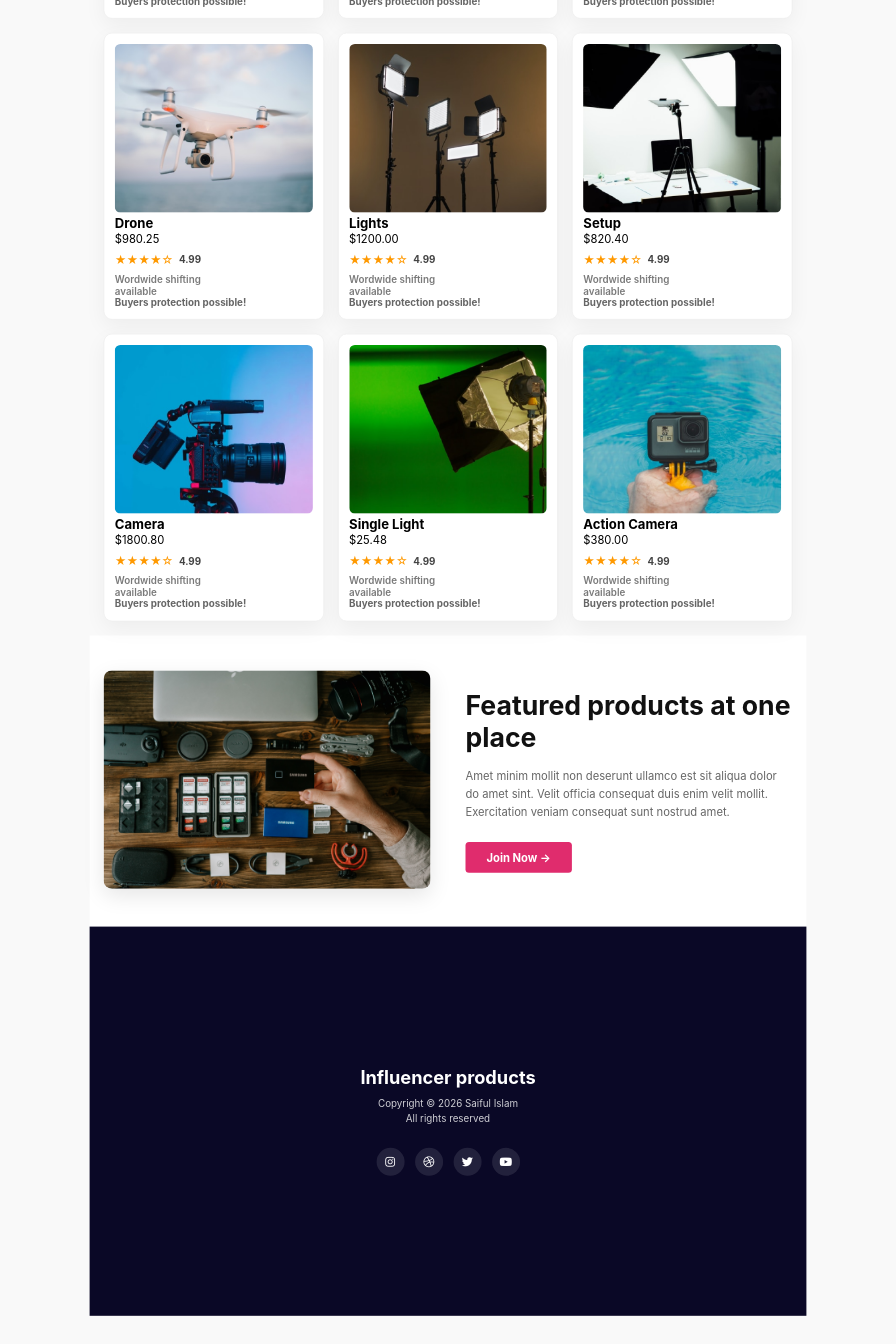
Repository: Saiful21Islam/Influencer-products
Page: it.html
The author's editor kept a copy of each file at every save. The page is drawn from the files as they stood at one save, then again after a run of saves.
The browser window is 1280 px wide. The pictures show the part of the page from y = 1404 to 3324 px (the page is 3324 px tall before and 2924 px after), at 70% of full size.

Above is the page before, as saved 2026-03-11 11:52:18.

### it.html
<!DOCTYPE html>
<html lang="en">

<head>
    <meta charset="UTF-8">
    <meta name="viewport" content="width=device-width, initial-scale=1.0">
    <title>Influencer Products</title>
    <link rel="stylesheet" href="style.css">
    <link rel="stylesheet" href="https://cdnjs.cloudflare.com/ajax/libs/font-awesome/6.0.0/css/all.min.css">
</head>
<style>
    * {
        margin: 0;
        padding: 0;
        box-sizing: border-box;
        font-family: 'Inter', sans-serif;
    }

    body {
        background-color: #f9f9f9;
        padding: 40px 10%;
    }

    .product-grid {
        display: grid;
        grid-template-columns: repeat(3, 1fr);
        gap: 30px;
    }

    .product-card {
        background: #fff;
        padding: 15px;
        border-radius: 12px;
        text-align: left;
        box-shadow: 0 10px 30px rgba(0, 0, 0, 0.05);
        transition: 0.3s;
    }

    .product-card:hover {
        transform: translateY(-5px);
    }

    .thumbnail {
        width: 100%;
        height: auto;
        border-radius: 8px;
        overflow: hidden;
        margin-bottom: 15px;
    }

    .thumbnail img {
        width: 100%;
        height: 100%;
        object-fit: cover;
    }

    .card-content h3 {
        font-size: 22px;
        color: #3A3A3A;
        margin-bottom: 5px;
    }

    .price {
        font-size: 20px;
        font-weight: 500;
        margin-bottom: 10px;
    }

    .rating {
        display: flex;
        align-items: center;
        gap: 5px;
        margin-bottom: 10px;
    }

    .rating i {
        color: #FF9800;
        font-size: 14px;
    }

    .rating-number {
        color: #787885;
        font-size: 14px;
    }

    .desc {
        color: #787885;
        font-size: 14px;
        line-height: 1.5;
    }

    @media (max-width: 768px) {
        .product-grid {

            grid-template-columns: repeat(1, 1fr);
        }
    }
</style>

<body>

    <nav class="navbar">
        <a href="#" class="logo">Influencer products</a>
        <ul class="nav-links">
            <li><a href="#">Home</a></li>
            <li><a href="#">Products</a></li>
            <li><a href="#">Sign up</a></li>
            <li><a href="#">Log In</a></li>
            <div class="nav-icons">
                <i class="fa-solid fa-magnifying-glass"></i>
                <div class="cart-icon"><i class="fa-solid fa-cart-shopping"></i><span class="cart-dot"></span></div>
            </div>
        </ul>
    </nav>

    <header class="hero">
        <div class="hero-content">
            <h1>Start your Journey as Influencer</h1>
            <p>Lorem ipsum dolor sit amet, consectetur adipiscing elit. Sem vestibulum sed scelerisque eros. Lectus
                faucibus.</p>
            <a href="#" class="btn-pink">Preebook now <i class="fa-solid fa-arrow-right"></i></a>
        </div>
        <div class="hero-image-container">
            <img src="images/Circle design.svg" alt="Circle Background" class="circle-image">

            <img src="images/main-camera.png" alt="Fujifilm Camera" class="camera-image">
        </div>
        </div>
        </div>
    </header>

    <section class="brand-section">
        <div class="logos-container">
            <img src="logos/Alibaba.svg" alt="Brands">
            <img src="logos/amazon.svg" alt="Brands">
            <img src="logos/Daraz.pk Logo.svg" alt="Brands">
            <img src="logos/ebay.svg" alt="Brands">
            <img src="logos/Rakuten.svg" alt="Brands">
            <img src="logos/Target.svg" alt="Brands">
            <img src="logos/Walmart.svg" alt="Brands">
        </div>
    </section>

    <section class="collection-section">
        <h2 class="title">Popular Collection</h2>
        <div class="product-container">
            <div class="product-card">
                <img src="images/tripod.png" alt="Tripod">
                <h3>Flex Tripod</h3>
                <p>$50.48</p>
                <div class="stars">
                    ★★★★☆ <span class="rating-num">4.99</span>
                </div>

                <p class="details">Wordwide shifting</p>
                <p class="details">available</p>
                <p class="details">Buyers protection possible!</p>
            </div>

            <div class="product-card">
                <img src="images/mic.png" alt="Microphone">
                <h3>Microphone</h3>
                <p>$120.25</p>
                <div class="stars">
                    ★★★★☆ <span class="rating-num">4.99</span>
                </div>

                <p class="details">Wordwide shifting</p>
                <p class="details">available</p>
                <p class="details">Buyers protection possible!</p>
            </div>

            <div class="product-card">
                <img src="images/airpod.png" alt="airpod">
                <h3>AirPods</h3>
                <p>$100.00</p>
                <div class="stars">
                    ★★★★☆ <span class="rating-num">4.99</span>
                </div>

                <p class="details">Wordwide shifting</p>
                <p class="details">available</p>
                <p class="details">Buyers protection possible!</p>
            </div>

            <div class="product-card">
                <img src="images/drone.png" alt="drone">
                <h3>Drone</h3>
                <p>$980.25</p>
                <div class="stars">
                    ★★★★☆ <span class="rating-num">4.99</span>
                </div>

                <p class="details">Wordwide shifting</p>
                <p class="details">available</p>
                <p class="details">Buyers protection possible!</p>
            </div>

            <div class="product-card">
                <img src="images/lights.png" alt="Lights">
                <h3>Lights</h3>
                <p>$1200.00</p>
                <div class="stars">
                    ★★★★☆ <span class="rating-num">4.99</span>
                </div>

                <p class="details">Wordwide shifting</p>
                <p class="details">available</p>
                <p class="details">Buyers protection possible!</p>
            </div>

            <div class="product-card">
                <img src="images/setup.png" alt="Setup">
                <h3>Setup</h3>
                <p>$820.40</p>
                <div class="stars">
                    ★★★★☆ <span class="rating-num">4.99</span>
                </div>

                <p class="details">Wordwide shifting</p>
                <p class="details">available</p>
                <p class="details">Buyers protection possible!</p>
            </div>

            <div class="product-card">
                <img src="images/camera.png" alt="Camera">
                <h3>Camera</h3>
                <p>$1800.80</p>
                <div class="stars">
                    ★★★★☆ <span class="rating-num">4.99</span>
                </div>

                <p class="details">Wordwide shifting</p>
                <p class="details">available</p>
                <p class="details">Buyers protection possible!</p>
            </div>

            <div class="product-card">
                <img src="images/single-light.png" alt="Single Light">
                <h3>Single Light</h3>
                <p>$25.48</p>
                <div class="stars">
                    ★★★★☆ <span class="rating-num">4.99</span>
                </div>

                <p class="details">Wordwide shifting</p>
                <p class="details">available</p>
                <p class="details">Buyers protection possible!</p>
            </div>

            <div class="product-card">
                <img src="images/action.png" alt="Action Camera">
                <h3>Action Camera</h3>
                <p>$380.00</p>
                <div class="stars">
                    ★★★★☆ <span class="rating-num">4.99</span>
                </div>

                <p class="details">Wordwide shifting</p>
                <p class="details">available</p>
                <p class="details">Buyers protection possible!</p>
            </div>

        </div>
    </section>
    </section>
    <section class="featured-section">
        <div class="featured-container">
            <div class="featured-image">
                <img src="images/gear.png" alt="Featured Gear">
            </div>

            <div class="featured-content">
                <h2>Featured products at one place</h2>
                <p>Amet minim mollit non deserunt ullamco est sit aliqua dolor do amet sint. Velit officia consequat
                    duis enim velit mollit. Exercitation veniam consequat sunt nostrud amet.</p>
                <a href="#" class="join-btn">Join Now &rarr;</a>
            </div>
        </div>
    </section>

    <footer
        style="background-color: #0A0826; color: white; text-align: center; padding: 200px 20px; font-family: sans-serif; width: 100%; box-sizing: border-box;">

        <h3 style="margin: 0 0 10px 0; font-size: 26px; font-weight: bold;">Influencer products</h3>

        <p style="margin: 0 0 30px 0; font-size: 14px; opacity: 0.8; line-height: 1.6;">
            Copyright © 2026 Saiful Islam <br> All rights reserved
        </p>

        <div style="display: flex; justify-content: center; gap: 15px;">
            <a href="#"
                style="color: white; background: rgba(255,255,255,0.1); width: 40px; height: 40px; border-radius: 50%; display: flex; align-items: center; justify-content: center; text-decoration: none;">
                <i class="fa-brands fa-instagram"></i>
            </a>
            <a href="#"
                style="color: white; background: rgba(255,255,255,0.1); width: 40px; height: 40px; border-radius: 50%; display: flex; align-items: center; justify-content: center; text-decoration: none;">
                <i class="fa-brands fa-dribbble"></i>
            </a>
            <a href="#"
                style="color: white; background: rgba(255,255,255,0.1); width: 40px; height: 40px; border-radius: 50%; display: flex; align-items: center; justify-content: center; text-decoration: none;">
                <i class="fa-brands fa-twitter"></i>
            </a>
            <a href="#"
                style="color: white; background: rgba(255,255,255,0.1); width: 40px; height: 40px; border-radius: 50%; display: flex; align-items: center; justify-content: center; text-decoration: none;">
                <i class="fa-brands fa-youtube"></i>
            </a>
        </div>
    </footer>

</body>

</html>

### style.css
.hero {
    display: flex;
    align-items: center;
    justify-content: space-around;
    padding: 50px 10%;
    background-color: #fff;
    min-height: 80vh;
    flex-wrap: wrap;
}

.hero-content {
    flex: 1;
    min-width: 300px;
}

.hero-content h1 {
    font-size: 52px;
    line-height: 1.2;
    margin-bottom: 20px;
    color: #3A3A3A;
}

.hero-content p {
    font-size: 16px;
    color: #6C6C6C;
    margin-bottom: 30px;
    max-width: 450px;
}

.btn-pink {
    background-color: #E02C6D;
    color: white;
    padding: 12px 25px;
    text-decoration: none;
    border-radius: 50px;
    font-weight: bold;
    display: inline-block;
}

.hero-image-container {
    flex: 1;
    position: relative;
    display: flex;
    justify-content: center;
    align-items: center;
    min-width: 300px;
}

.camera-image {
    width: 100%;
    max-width: 450px;
    position: relative;
    z-index: 2;
}

.circle-image {
    position: absolute;
    width: 110%;
    z-index: 1;
}

@media (max-width: 768px) {
    .hero {
        flex-direction: column-reverse;
        text-align: center;
        padding: 30px 5%;
    }
    .hero-content {
        margin-top: 30px;
    }
    .hero-content h1 {
        font-size: 32px;
    }
    .hero-image-container {
        width: 100%;
    }
    .camera-image {
        max-width: 300px;
    }
}
{
    margin: 0;
    padding: 0;
    box-sizing: border-box;
    font-family: 'Inter', sans-serif;
}

/* Navbar */
.navbar {
    display: flex;
    justify-content: space-between;
    padding: 20px 10%;
    align-items: center;
}
.logo { font-size: 24px; font-weight: bold; color: #3A3A3A; text-decoration: none; }
.nav-links { display: flex; list-style: none; align-items: center; }
.nav-links li { margin-left: 25px; }
.nav-links a { text-decoration: none; color: #3A3A3A; font-weight: 500; }
.nav-icons { display: flex; margin-left: 20px; gap: 20px; font-size: 18px; }

/* Hero */
.hero {
    display: flex;
    padding: 50px 10%;
    align-items: center;
}
.hero-content h1 { font-size: 52px; color: #3A3A3A; margin-bottom: 15px; }
.btn-pink {
    background: #E02C6D;
    color: white;
    padding: 10px 25px;
    border-radius: 50px;
    text-decoration: none;
    display: inline-block;
    margin-top: 20px;
}
.hero-image img { width: 400px; }

/* Brands */
.brand-section {
    padding: 40px 10%;
    border-top: 1px solid #eee;
    border-bottom: 1px solid #eee;
    margin: 50px 0;
}

.logos-container {
    display: flex;
    justify-content: space-between;
    align-items: center;
    flex-wrap: wrap;
}

.logos-container img {
    height: 35px;
    width: auto;
}

.hero-image-container {
    position: relative;
    width: 500px;
    height: 500px;
    display: flex;
    justify-content: center;
    align-items: center;
}

.circle-image {
    position: absolute;
    width: 450px;
    height: auto;
    z-index: 1;
    opacity: 0.8;
}
.camera-image {
    position: relative;
    width: 100%;
    max-width: 480px;
    z-index: 2;
    filter: drop-shadow(0 20px 30px rgba(0,0,0,0.1));
}

.product-container {
  display: flex;
  flex-wrap: wrap;
  gap: 20px;
  justify-content: center;
  padding: 20px;
}

.product-card {
  flex: 1 1 310px;
  max-width: 350px;
  background: #fff;
  border: 1px solid #eee;
  border-radius: 12px;
  padding: 15px;
  box-shadow: 0 5px 15px rgba(0,0,0,0.05);
  transition: transform 0.3s ease;
}

.product-card:hover {
  transform: translateY(-5px);
}

.product-card img {
  width: 100%;
  height: auto;
  border-radius: 8px;
}

@media (max-width: 768px) {
  .product-container {
    gap: 15px;
    padding: 10px;
  }
}

@media (max-width: 480px) {
  .product-card {
    flex: 1 1 100%;
    max-width: 100%;
    margin: 0 auto;
  }
}

.stars {
    display: flex;
    align-items: center;
    color: #FF9900;
    font-size: 16px;
    margin: 10px 0;
}

.star-half {
    position: relative;
    display: inline-block;
    color: #ccc;
}

.star-half::after {
    content: '★';
    position: absolute;
    left: 0;
    top: 0;
    width: 50%;
    overflow: hidden;
    color: #FF9900;
}

.rating-num {
    color: #444;
    font-size: 14px;
    font-weight: bold;
    margin-left: 8px;
}

.details {
    font-size: 14px;
    color: #7a7a7a;
    margin: 0;
    line-height: 1.2;
    font-weight: 600;
}

.details:last-child {
    font-weight: 700;
    color: #666;
}

.title {
    text-align: center;
    font-size: 28px;
    font-weight: 700;
    color: #333;
    margin-bottom: 40px;
}

.featured-section {
    padding: 50px 20px;
    background-color: #fff;
}

.featured-container {
    max-width: 1100px;
    margin: 0 auto;
    display: flex;
    align-items: center;
    gap: 50px;

.featured-image {
    flex: 1;
}

.featured-image img {
    width: 100%;
    border-radius: 12px;
    box-shadow: 0 10px 30px rgba(0,0,0,0.1);
}

.featured-content {
    flex: 1;
}

.featured-content h2 {
    font-size: 38px;
    color: #111;
    margin-bottom: 20px;
}

.featured-content p {
    font-size: 16px;
    color: #666;
    line-height: 1.6;
    margin-bottom: 30px;
}

.join-btn {
    display: inline-block;
    background-color: #E02C6D;
    color: white;
    padding: 12px 30px;
    text-decoration: none;
    font-weight: bold;
    border-radius: 5px;
    transition: 0.3s;
}

.join-btn:hover {
    background-color: #c2255c;
}

@media (max-width: 768px) {
    .featured-container {
        flex-direction: column;
        text-align: center;
        gap: 30px;
    }
    .featured-content h2 {
        font-size: 28px;
    }
}

/* Footer reset and style */
.footer-area {
    background-color: #0A0826 !important; /* ছবির মতো ডার্ক ব্লু */
    color: #ffffff !important;
    text-align: center !important;
    padding: 60px 20px !important;
    margin: 0 !important; /* কোনো গ্যাপ থাকলে তা দূর করবে */
    width: 100%;
    display: block;
}

.footer-area h3 {
    font-size: 26px;
    font-weight: 700;
    margin-bottom: 15px;
    color: white;
}

.footer-area p {
    font-size: 14px;
    opacity: 0.8;
    line-height: 1.8;
    margin-bottom: 30px;
    color: white;
}

/* Social icons layout */
.social-links {
    display: flex;
    justify-content: center;
    gap: 15px;
}

/* আইকনের গোল ব্যাকগ্রাউন্ড (আপনার ছবির মতো) */
.social-links a {
    color: white !important;
    background: #211F3D; /* ছবির আইকনের পেছনের কালার */
    width: 40px;
    height: 40px;
    display: flex;
    align-items: center;
    justify-content: center;
    border-radius: 50%;
    text-decoration: none;
    font-size: 18px;
    transition: 0.3s;
}

.social-links a:hover {
    background: #323050;
    transform: translateY(-3px);
}

After the next 3 saves:
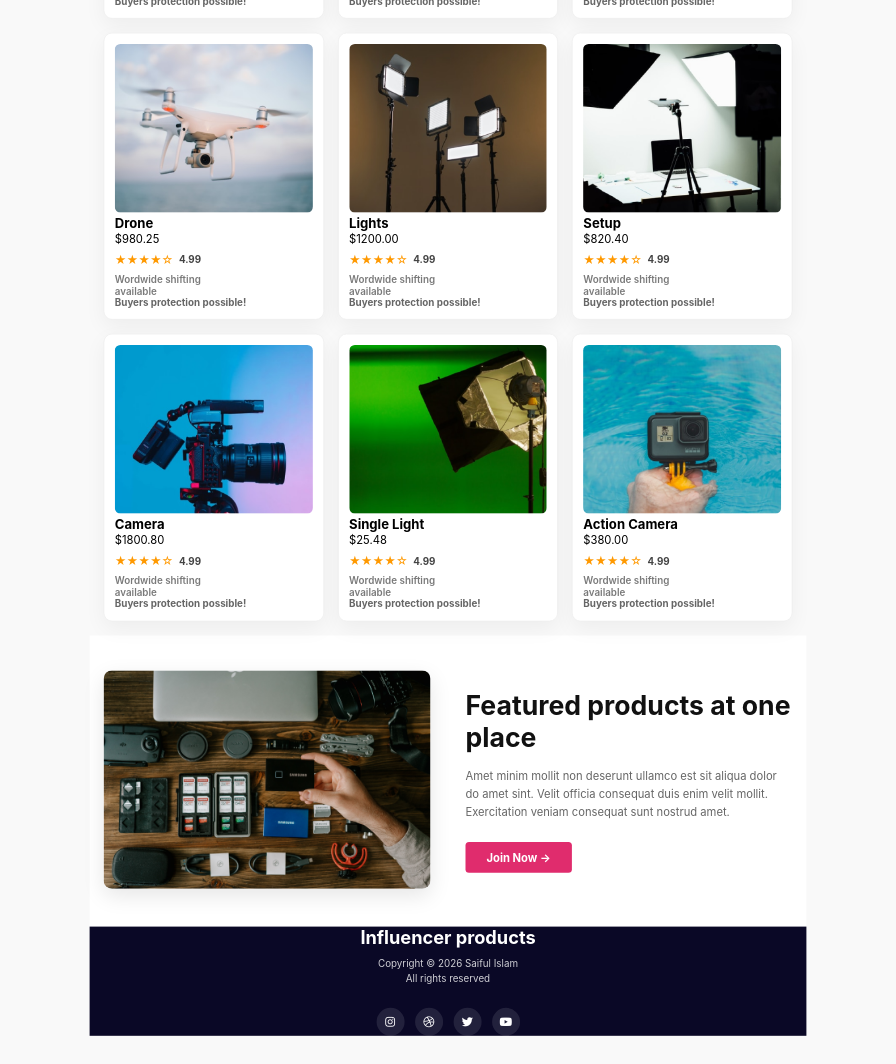
The 3 saves are shown as one change because they came seconds apart.
The last was saved 12 s later.
--- a/it.html
+++ b/it.html
@@ -280,7 +280,7 @@
     </section>
 
     <footer
-        style="background-color: #0A0826; color: white; text-align: center; padding: 200px 20px; font-family: sans-serif; width: 100%; box-sizing: border-box;">
+        style="background-color: #0A0826; color: white; text-align: center; padding: at 20px; font-family: sans-serif; width: 100%; box-sizing: border-box;">
 
         <h3 style="margin: 0 0 10px 0; font-size: 26px; font-weight: bold;">Influencer products</h3>
 
